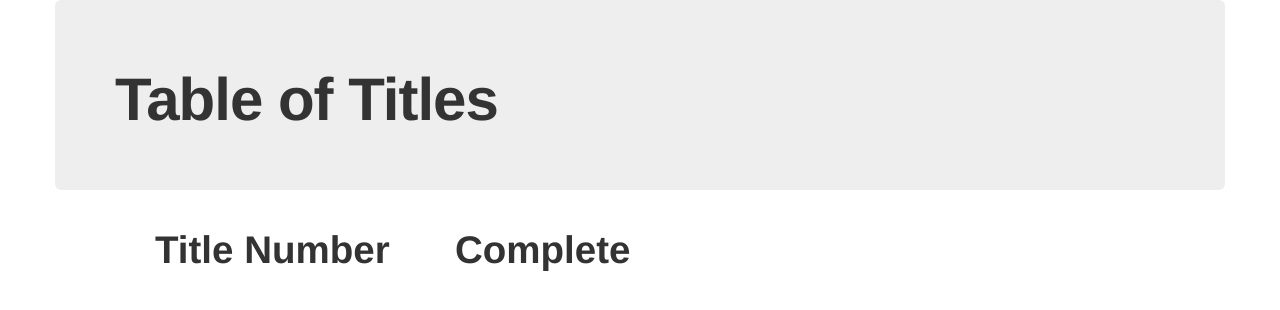
Repository: dancriddle/team_black_casework
Page: http://localhost/
The author's editor kept a record of every edit. The page is drawn from the files as they stood at one moment, then again after the next edit.
The browser window is 1280 px wide. The pictures show the whole page.
The page is served by the project's application, run on Flask 3 (frontend.py).

Above is the page before.

### templates/index.html
<html>
    <head>
        <title>CORA Emulator</title>
        <meta name="viewport" content="width=device-width, initial-scale=1.0">
        <link rel="icon" href="{{ url_for('static', filename='img/Portal.ico') }}" type="image/x-icon" />
        <!-- Bootstrap -->
        <link href="{{ url_for('static', filename='css/bootstrap.min.css') }}" rel="stylesheet" media="screen">
        <link href="{{ url_for('static', filename='css/bootstrap-responsive.min.css') }}" rel="stylesheet" media="screen">
    </head>
     <body>
        <div class ="container">
            <div class="hero-unit">
                <h1>Table of Titles</h1>
            </div>
            <div class="row">
                <div class="span1"></div>
                <div class="span3">
                    <h1>Title Number</h1>
                </div>
                <div class="span8">
                    <h1>Complete</h1>
                </div>
            </div>
            <div class="row">
                <div class="span1"></div>
                <div class="span3">
                    <h1> <a href='/restriction/{{ titlenumber }}'>{{ titlenumber }}</a></h1>
                </div>
                <div class="span8">
                    <h1>{{ complete }}</h1>
                </div>
            </div>
            <div class="row">
                <div class="span1"></div>
                <div class="span3">
                    <h1> <a href='/restriction/{{ titlenumber1 }}'>{{ titlenumber1 }}</a></h1>
                </div>
                <div class="span8">
                    <h1>{{ complete1 }}</h1>
                </div>
            </div>
            <div class="row">
                <div class="span1"></div>
                <div class="span3">
                    <h1> <a href='/restriction/{{ titlenumber2 }}'>{{ titlenumber2 }}</a></h1>
                </div>
                <div class="span8">
                    <h1>{{ complete2 }}</h1>
                </div>
            </div>
        </div>
        <script type="text/javascript">
            function test_func(data) {
            console.log(data);
            }

        </script>
        <script src="http://code.jquery.com/jquery.js"></script>
        <script src="{{ url_for('static', filename='js/bootstrap.min.js') }}"></script>
    </body>
</html>

### frontend.py
__author__ = 'paultrelease'

from flask import Flask, render_template, request, logging, abort
import os
app = Flask(__name__)

TITLE_NUMBER = "TN1"

@app.route('/')
def index():
    return render_template("index.html", title_number=TITLE_NUMBER)

@app.route('/addrestriction')
def add_restriction():
    referencenumber = 1234
    #When this is done properly, a call to another microservice will take place
    #to send an e-mail to the client
    return render_template("restriction_added.html", referencenumber=referencenumber, title_number=TITLE_NUMBER)

@app.route('/titlefromreference', methods=['POST'])
#takes a reference number and returns the title number associated to it.
def title_from_reference():
    if not request.json or not 'reference' in request.json:
        abort(400)
    app.logger.debug('reference is %s' % request.json['reference'])
    return TITLE_NUMBER


if __name__ == '__main__':
    app.run(debug=True,host=os.getenv('IP', '0.0.0.0'),port=int(os.getenv('PORT', 5010)))

Loaded but not shown: static/css/bootstrap.min.css (library); static/css/bootstrap-responsive.min.css (library); static/js/bootstrap.min.js (library)

After the next edit:
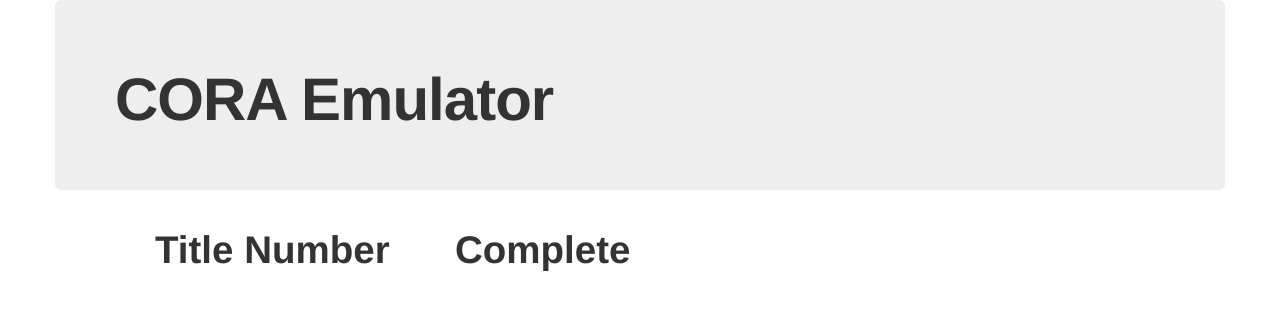
The edit:
--- a/templates/index.html
+++ b/templates/index.html
@@ -10,7 +10,7 @@
      <body>
         <div class ="container">
             <div class="hero-unit">
-                <h1>Table of Titles</h1>
+                <h1>CORA Emulator</h1>
             </div>
             <div class="row">
                 <div class="span1"></div>
